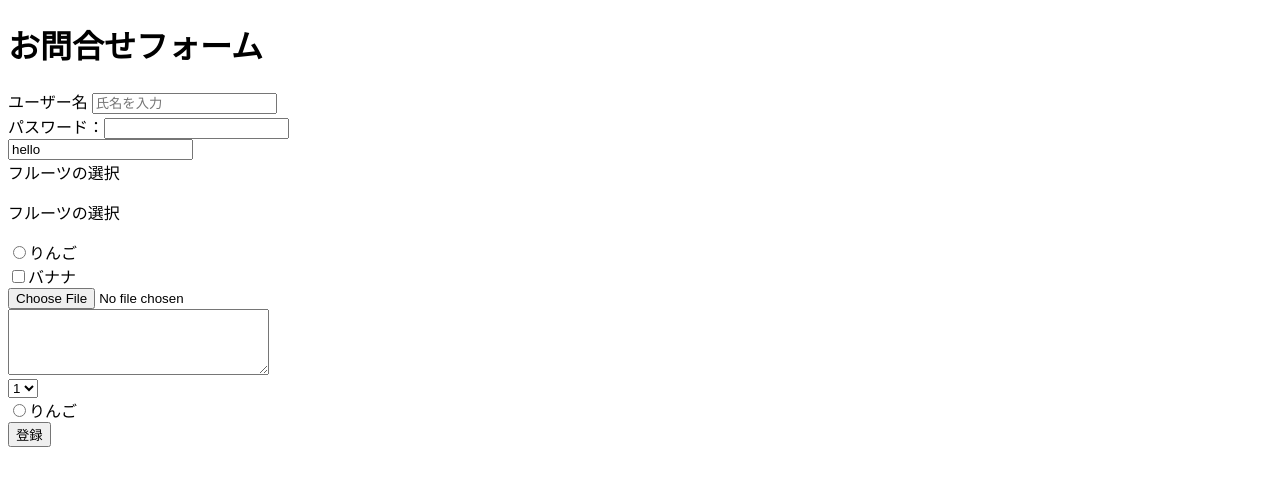
Repository: Jutta197/frontend726
Page: form.html
The author's editor kept a copy of each file at every save. The page is drawn from the files as they stood at one save, then again after the next save.
The browser window is 1280 px wide. The pictures show the whole page.

Above is the page before, as saved 2023-07-27 15:49:18.

After the next save:
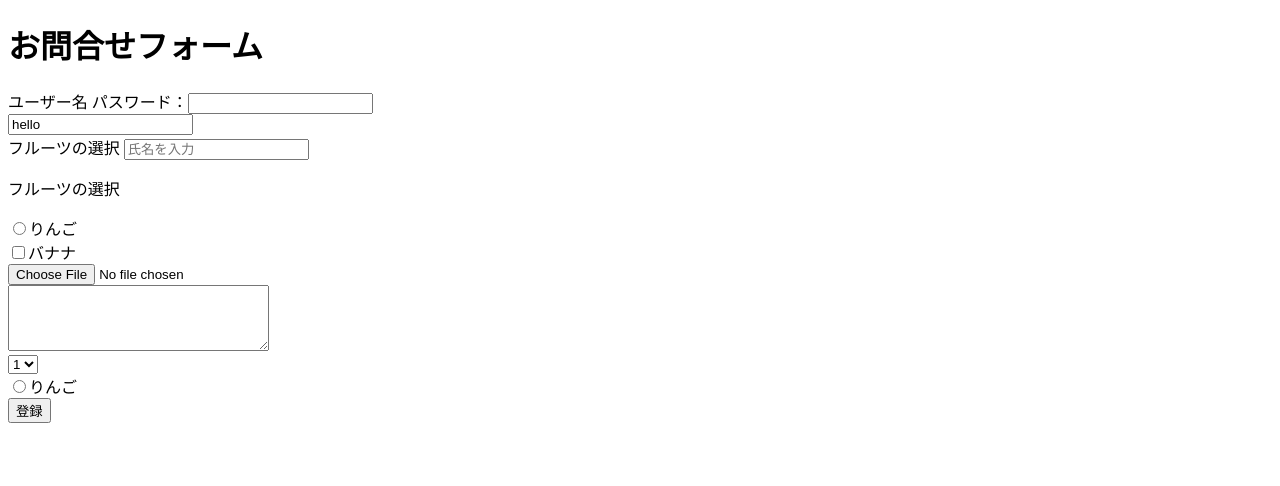
Saved 66 s later.
--- a/form.html
+++ b/form.html
@@ -11,12 +11,12 @@
     <h1>お問合せフォーム</h1>
     <form action="" method="post">
         <label for="username">ユーザー名</label>
-        <input type="text" name="username" placeholder="氏名を入力" required><br>
+
         パスワード：<input type="password" name="password"><br>
         <input type="text" name="name" value="hello"><br>
 
         <label for="apple1">フルーツの選択</label>
-
+        <input type="text" name="username" placeholder="氏名を入力" required><br>
         <p>フルーツの選択</p>
         <input type="radio" value="りんご">りんご<br>
 

After the save that followed:
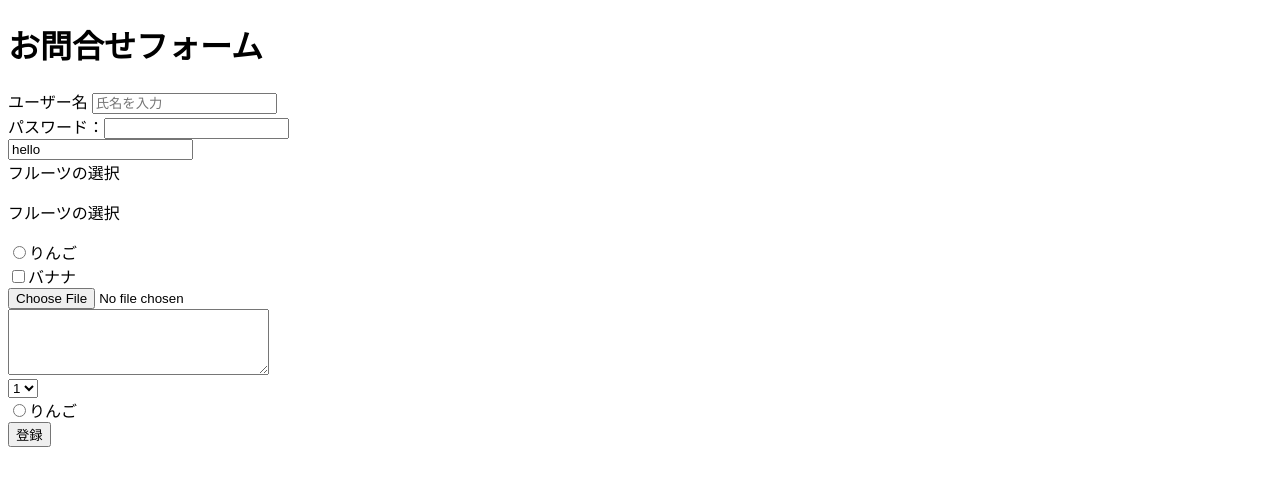
Saved 22 s later.
--- a/form.html
+++ b/form.html
@@ -11,12 +11,12 @@
     <h1>お問合せフォーム</h1>
     <form action="" method="post">
         <label for="username">ユーザー名</label>
-
+        <input type="text" name="username" placeholder="氏名を入力" required><br>
         パスワード：<input type="password" name="password"><br>
         <input type="text" name="name" value="hello"><br>
 
         <label for="apple1">フルーツの選択</label>
-        <input type="text" name="username" placeholder="氏名を入力" required><br>
+
         <p>フルーツの選択</p>
         <input type="radio" value="りんご">りんご<br>
 
